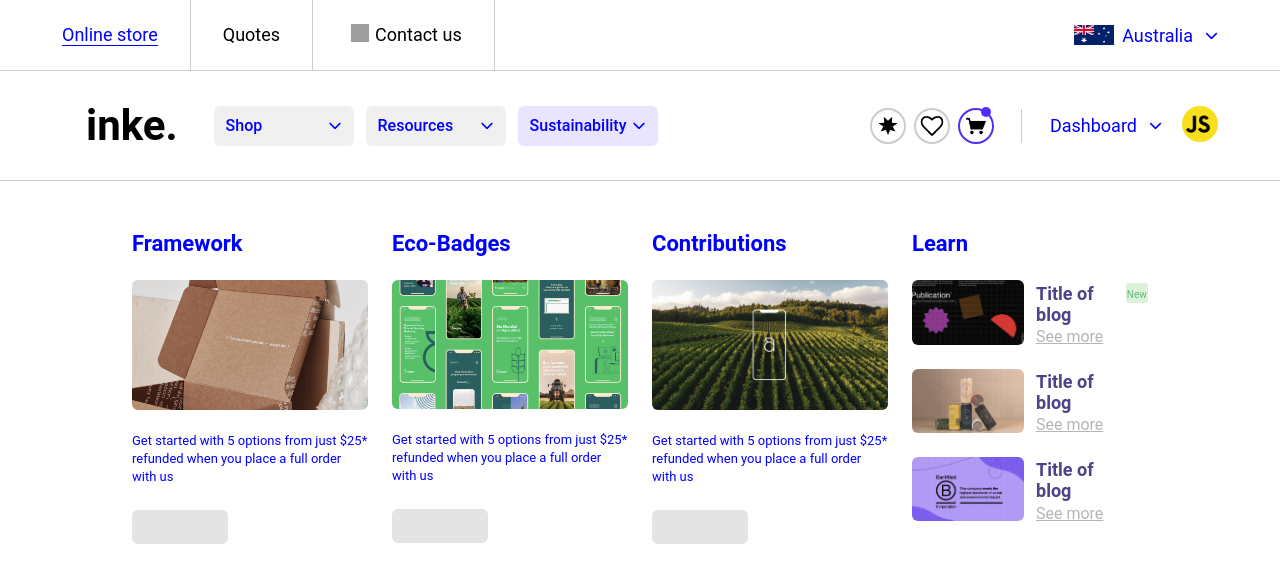
Repository: NguyenMinhKhanhB1909929/Practice_HTML-01
Page: index.html
The author's editor kept a copy of each file at every save. The page is drawn from the files as they stood at one save, then again after the next save.
The browser window is 1280 px wide. The pictures show the whole page.
Pictures or frames that could not be fetched are drawn as grey boxes. Some web libraries are served in a nearby version.

Above is the page before, as saved 2022-04-07 19:43:04.

### index.html
<!DOCTYPE html>
<html lang="en">
  <head>
    <meta charset="UTF-8" />
    <meta http-equiv="X-UA-Compatible" content="IE=edge" />
    <meta name="viewport" content="width=device-width, initial-scale=1.0" />
    <title>Practice 1</title>
    <link rel="stylesheet" href="./asset/style/style.css" />
    <link
      rel="stylesheet"
      href="https://cdnjs.cloudflare.com/ajax/libs/font-awesome/6.1.1/css/all.min.css"
    />
  </head>
  <body>
    <div class="main">
      <div class="header">
        <div class="header__about">
          <div class="header__about-text">
            <a href="" class="active">Online store</a>
          </div>
          <div class="header__about-text">
            <a href="">Quotes</a>
          </div>
          <div class="header__about-text">
            <img
              src="https://emojipedia-us.s3.dualstack.us-west-1.amazonaws.com/thumbs/120/google/313/waving-hand_1f44b.png"
              alt=""
              class="header__about-text__img"
            />
            <p class="m-0">
              <a href="">Contact us</a>
            </p>
          </div>
        </div>
        <div class="header__nation">
          <div class="header__nation-wrap">
            <div class="header__nation-flag">
              <img
                src="./asset/img/Australia.svg.webp"
                alt="abc"
                class="header__nation-flag-img"
              />
            </div>
            <div class="header__nation-name">
              <p class="m-0">Australia</p>
            </div>
            <div class="header__nation-icon">
              <i class="fa-solid fa-chevron-down"></i>
            </div>
          </div>
        </div>
      </div>
      <nav class="nav">
        <div class="nav__category">
          <div class="nav__logo">
            <a href="" class="nav__logo-link">inke.</a>
          </div>

          <div class="nav__category-opt">
            <p class="nav__category-opt-name">Shop</p>
            <div class="nav__category-opt-icon">
              <i class="fa-solid fa-chevron-down"></i>
            </div>
          </div>

          <div class="nav__category-opt">
            <p class="nav__category-opt-name">Resources</p>
            <div class="nav__category-opt-icon">
              <i class="fa-solid fa-chevron-down"></i>
            </div>
          </div>
          <div class="nav__category-opt active-btn">
            <p class="nav__category-opt-name">Sustainability</p>
            <div class="nav__category-opt-icon">
              <i class="fa-solid fa-chevron-down"></i>
            </div>
          </div>
        </div>
        <div class="nav__wrap">
          <div class="nav__icon-wrap">
            <div class="nav__icon">
              <img
                src="./asset/img/seven-pointed-star-vector-icon-seven-pointed-star-icon-vector-seven-pointed-star-icon-seven-pointed-star-vector-icon-96183751.jpg"
                alt=""
                class="nav__icon-img"
              />
            </div>
            <div class="nav__icon">
              <img
                src="./asset/img/heart-icon-free-vector.jpg"
                alt=""
                class="nav__icon-img"
              />
            </div>
            <div class="nav__icon active-icon">
              <img
                src="./asset/img/cart-icon-20.jpg"
                alt=""
                class="nav__icon-img"
              />
            </div>
          </div>
          <div class="nav__dash-wrap">
            <div class="nav__das-group">
              <p class="m-0 nav__das-text">Dashboard</p>
              <div class="nav__dash-icon">
                <i class="fa-solid fa-chevron-down"></i>
              </div>
            </div>
            <div class="nav__dash-user">
              <img
                src="./asset/img/images.png"
                alt=""
                class="nav__dash-user-img"
              />
            </div>
          </div>
        </div>
      </nav>
      <div class="container">
        <div class="row">
          <div class="col">
            <div class="container__heading">
              <p class="m-0 container__heading-name">Framework</p>
            </div>
            <div class="container__content">
              <img
                src="./asset/img/image 1.PNG"
                alt=""
                class="container__content-img"
              />
              <p class="container__content-desc">
                Get started with 5 options from just $25* refunded when you
                place a full order with us
              </p>
            </div>
            <button class="btn"></button>
          </div>
          <div class="col">
            <div class="container__heading">
              <p class="m-0 container__heading-name">Eco-Badges</p>
            </div>
            <div class="container__content">
              <img
                src="./asset/img/image2.PNG"
                alt=""
                class="container__content-img"
              />
              <p class="container__content-desc">
                Get started with 5 options from just $25* refunded when you
                place a full order with us
              </p>
            </div>
            <button class="btn"></button>
          </div>
          <div class="col">
            <div class="container__heading">
              <p class="m-0 container__heading-name">Contributions</p>
            </div>
            <div class="container__content">
              <img
                src="./asset/img/image3.PNG"
                alt=""
                class="container__content-img"
              />
              <p class="container__content-desc">
                Get started with 5 options from just $25* refunded when you
                place a full order with us
              </p>
            </div>
            <button class="btn"></button>
          </div>
          <div class="col">
            <div class="container__heading">
              <p class="m-0 container__heading-name">Learn</p>
            </div>
            <div class="container__content">
              <div class="container__content-group">
                <div class="container__content-group-img">
                  <img
                    src="./asset/img/image4.PNG"
                    alt=""
                    class="content-img"
                  />
                </div>
                <div class="container__content-group-title-more">
                  <div class="container__content-title-group">
                    <p class="container__content-title">Title of blog</p>
                    <a class="container__content-title-btn">New</a>
                  </div>
                  <a href="" class="container__content-more">See more</a>
                </div>
              </div>
              <div class="container__content-group">
                <div class="container__content-group-img">
                  <img
                    src="./asset/img/image6.PNG"
                    alt=""
                    class="content-img"
                  />
                </div>
                <div class="container__content-group-title-more">
                  <p class="container__content-title">Title of blog</p>
                  <a href="" class="container__content-more">See more</a>
                </div>
              </div>
              <div class="container__content-group">
                <div class="container__content-group-img">
                  <img
                    src="./asset/img/image7.PNG"
                    alt=""
                    class="content-img"
                  />
                </div>
                <div class="container__content-group-title-more">
                  <p class="container__content-title">Title of blog</p>
                  <a href="" class="container__content-more">See more</a>
                </div>
              </div>
            </div>
          </div>
        </div>
      </div>
    </div>
  </body>
</html>

### asset/style/style.css
* {
  box-sizing: border-box;
  margin: 0;
  font-family: "Roboto", sans-serif;
}
.m-0 {
  margin: 0;
}
.main {
  width: 100%;
}
.header {
  padding: 0 30px;
  display: flex;
  font-size: 18px;
  justify-content: space-between;
  border-bottom: 1px solid #ccc;
}
.header__about {
  display: flex;
}
.header__about-text {
  padding: 24px 32px;
  display: flex;
  border-right: 1px solid #ccc;
}
.header__about-text:hover a {
  color: blue;
  cursor: pointer;
}
.header__about-text__img {
  width: 18px;
  height: 18px;
  display: flex;
  align-items: center;
  margin: 0 6px;
}
.header__nation {
  display: flex;
  align-items: center;
}
.header__nation-wrap {
  display: flex;
}
.header__nation-flag {
  display: flex;
  align-items: center;
}
.header__nation-flag-img {
  width: 40px;
}
.header__nation-name {
  padding: 24px 8px;
}
.header__nation-icon {
  display: flex;
  align-items: center;
  margin: 0 32px 0 4px;
  font-size: 13px;
}
.active {
  color: blue;
  border-bottom: 1px solid blue;
}
a {
  text-decoration: none;
  color: #000;
}

.nav {
  padding: 30px 62px;
  display: flex;
  font-size: 18px;
  justify-content: space-between;
  align-items: center;
  border-bottom: 1px solid #ccc;
}
.nav__category {
  display: flex;
  align-items: center;
}
.nav__logo {
  padding: 0 24px;
}
.nav__logo-link {
  font-size: 42px;
  font-weight: bold;
}
.nav__wrap {
  display: flex;
  align-items: center;
}
.nav__icon-wrap {
  display: flex;
  padding-right: 20px;
  position: relative;
  align-items: center;
  position: relative;
}

.nav__icon {
  width: 36px;
  height: 36px;
  border-radius: 100rem;
  border: 2px solid #ccc;
  display: flex;
  justify-content: center;
  align-items: center;
  margin-right: 8px;
}
.active-icon {
  border: 2px solid #552ef5;
  position: relative;
}
.active-icon::after {
  content: "";
  display: block;
  width: 10px;
  height: 10px;
  background-color: #552ef5;
  position: absolute;
  border-radius: 100rem;
  top: -3px;
  right: 1px;
}
.nav__icon-wrap::after {
  content: "";
  position: absolute;
  display: block;
  height: 34px;
  width: 1px;
  background-color: #ccc;
  right: 0;
  top: 50%;
  transform: translateY(-50%);
}
.nav__dash-wrap {
  display: flex;
  align-items: center;
}
.nav__das-text {
  margin-left: 28px;
}
.nav__dash-icon {
  font-size: 13px;
  margin: 0 12px;
}

.nav__category-opt {
  width: 140px;
  height: 40px;
  border-radius: 6px;
  border: none;
  background-color: #f0f0f0;
  margin-left: 12px;
  padding: 0 12px;
  display: flex;
  align-items: center;
  justify-content: space-between;
  font-size: 16px;
  font-weight: 500;
}
.nav__category-opt:hover {
  background-color: #eae5ff;
}
.nav__category-opt-icon {
  font-size: 13px;
  font-weight: bold;
}
.nav__dash-user {
  margin-left: 8px;
}
.nav__dash-user-img {
  width: 36px;
  border-radius: 100rem;
  height: 36px;
  object-fit: cover;
}
.nav__icon-img {
  width: 28px;
  height: 28px;
  border-radius: 100rem;
}
.active-btn {
  background-color: #eae5ff;
}
.container {
  margin: 0 120px;
  padding: 50px 0 0 0;
}
.row {
  display: flex;
}
.col {
  width: 25%;
  padding: 0 12px;
}
.container__heading {
}

.container__heading-name {
  font-size: 22px;
  font-weight: 600;
}
.container__content {
  margin-top: 24px;
}
.container__content-img {
  width: 100%;
  border-radius: 6px;
  margin-bottom: 18px;
}
.container__content-desc {
  font-size: 13px;
  line-height: 18px;
}
.btn {
  height: 34px;
  width: 96px;
  background-color: #e4e4e4;
  border: none;
  border-radius: 6px;
  margin-top: 24px;
}
.container__content-group {
  display: flex;
  margin-bottom: 20px;
}
.container__content-group-img {
  margin-right: 12px;
  width: 50%;
}
.content-img {
  width: 100%;
  border-radius: 6px;
}
.container__content-group-title-more {
  width: 50%;
  display: flex;
  flex-direction: column;
  justify-content: space-evenly;
}
.container__content-title-group {
  display: flex;
  width: 100%;
}
.container__content-title {
  font-size: 18px;
  font-weight: 600;
  color: #4d4488;
  width: 80%;
}
.container__content-title-btn {
  font-size: 10px;
  background-color: #ddf3d9;
  width: 20%;
  height: 20px;
  border-radius: 3px;
  text-align: center;
  line-height: 24px;
  color: #66b27e;
}
.container__content-more {
  font-size: 16px;
  color: #b5b5b5;
  text-decoration: underline;
  max-width: 392px;
}
.nav__das-group {
  display: flex;
  align-items: center;
}

/* ---------------------Responsive------------------- */
/* PC */
@media screen and (min-width: 64em) {
  * {
    color: blue;
  }
}
/* Tablet */
@media screen and (min-width: 46.25em) and (max-width: 63.9375em) {
  /* Header */
  .header {
    padding: 0 0;
  }
  .header__nation-name {
    display: none;
  }
  .header__nation-icon {
    margin-left: 12px;
    margin-right: 24px;
  }
  .header__nation-flag-img {
    width: 48px;
  }
  /* Nav */
  .nav {
    padding-left: 0;
    padding-right: 0;
  }
  .nav__das-group {
    display: none;
  }
  .nav__category-opt {
    width: auto;
    height: 46px;
  }
  .nav__category-opt-name {
    margin-right: 8px;
  }
  .nav__dash-user {
    margin-left: 12px;
    margin-right: 20px;
  }
  .nav__icon-wrap {
    padding-right: 12px;
  }
  .nav__logo {
    padding-right: 12px;
  }
  /* Container */
  .container {
    margin: 0 10px;
  }
  .row {
    flex-wrap: wrap;
  }
  .col {
    width: 50%;
    margin-bottom: 32px;
    padding: 0 24px;
  }
  .btn {
    height: 46px;
    width: 120px;
    margin-top: 16px;
  }
  .container__content-desc {
    font-size: 16px;
    line-height: 24px;
  }
  .container__heading-name {
    font-size: 28px;
  }
}

/* Mobile */
@media screen and (max-width: 46.1875em) {
  * {
    color: red;
  }
}

After the next save:
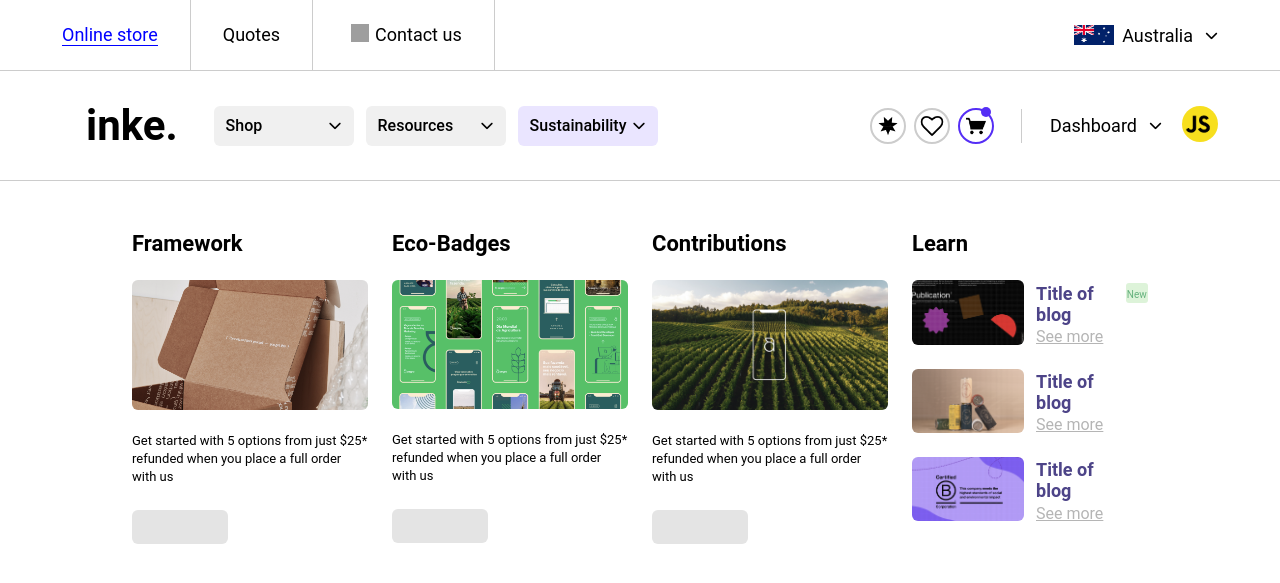
Saved 84 s later.
--- a/asset/style/style.css
+++ b/asset/style/style.css
@@ -274,9 +274,6 @@ a {
 /* ---------------------Responsive------------------- */
 /* PC */
 @media screen and (min-width: 64em) {
-  * {
-    color: blue;
-  }
 }
 /* Tablet */
 @media screen and (min-width: 46.25em) and (max-width: 63.9375em) {
